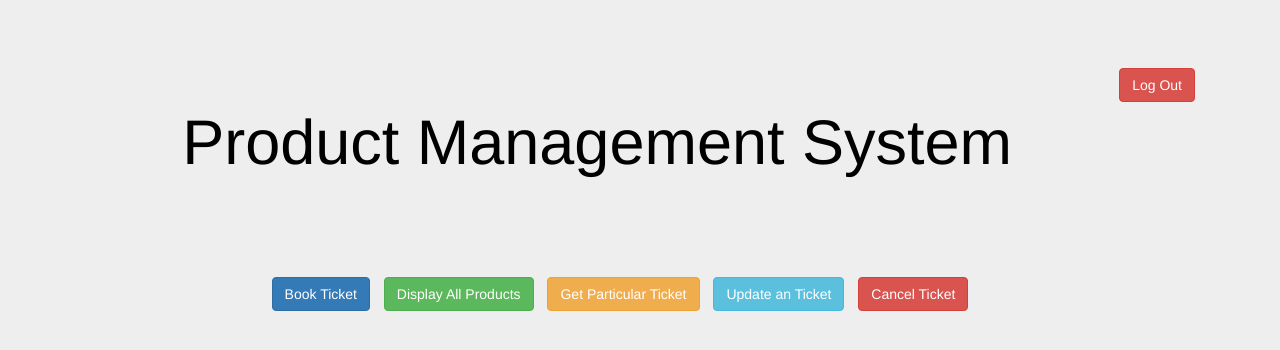
Repository: krutishilp/Sample
Page: JAVA-Eclipse-workspace/productmanagement-webapp/src/main/webapp/welcome.html
These files come from the project's save history. The page is drawn as it stood at one moment and after the next save; the edit follows.
The browser window is 1280 px wide. The pictures show the whole page.

Above is the page before, as saved 2020-09-04 13:11:21.

After the next save:
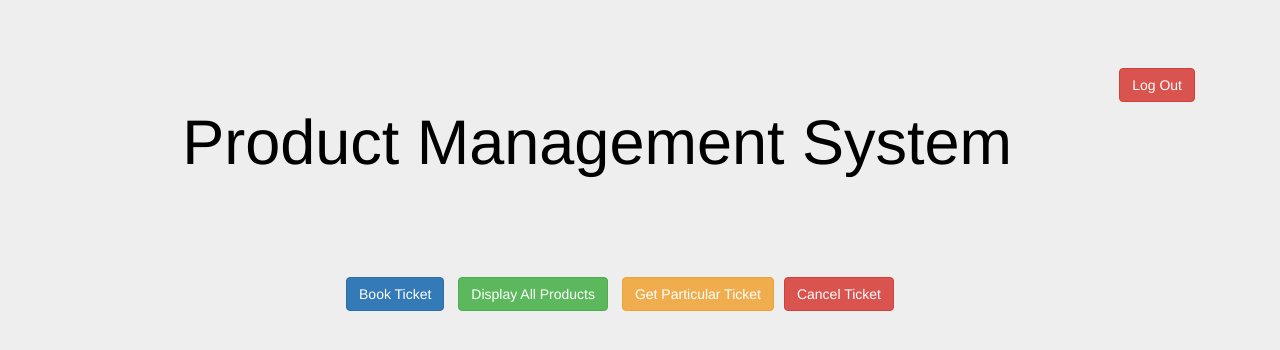
Saved 14 s later.
--- a/JAVA-Eclipse-workspace/productmanagement-webapp/src/main/webapp/welcome.html
+++ b/JAVA-Eclipse-workspace/productmanagement-webapp/src/main/webapp/welcome.html
@@ -13,32 +13,33 @@
 	padding: 20px;
 	align-items: center;
 }
-.btn{
 
-	margin-right:10px;
+.btn {
+	margin-right: 10px;
 	margin-bottom: 30px;
 }
-#logout{
-	float:right;
+
+#logout {
+	float: right;
 }
-.links{
-	margin-right:30px;
+
+.links {
+	margin-right: 30px;
 }
 </style>
 </head>
 <body class="jumbotron text-center">
 
 	<div class="container">
-	<a class="btn btn-danger" href="logOut" id="logout">Log Out</a>
-	<br>
-	<h1 style="margin-bottom: 100px;">Product Management System</h1>
+		<a class="btn btn-danger" href="logOut" id="logout">Log Out</a> <br>
+		<h1 style="margin-bottom: 100px;">Product Management System</h1>
 		<div class="links">
 
 			<a class="btn btn-primary" href="createProduct.jsp">Book Ticket</a> <a
 				class="btn btn-success" href="displayAllProducts">Display All
-				Products</a> <a class="btn btn-warning" href="getProduct.html">Get Particular Ticket</a>
-			<a class="btn btn-info" href="updateTicket.html">Update an Ticket</a> <a
-				class="btn btn-danger" href="cancelTicket.html">Cancel Ticket</a>
+				Products</a> <a class="btn btn-warning" href="getProduct.html">Get
+				Particular Ticket</a><a class="btn btn-danger" href="cancelTicket.html">Cancel
+				Ticket</a>
 		</div>
 	</div>
 </body>
